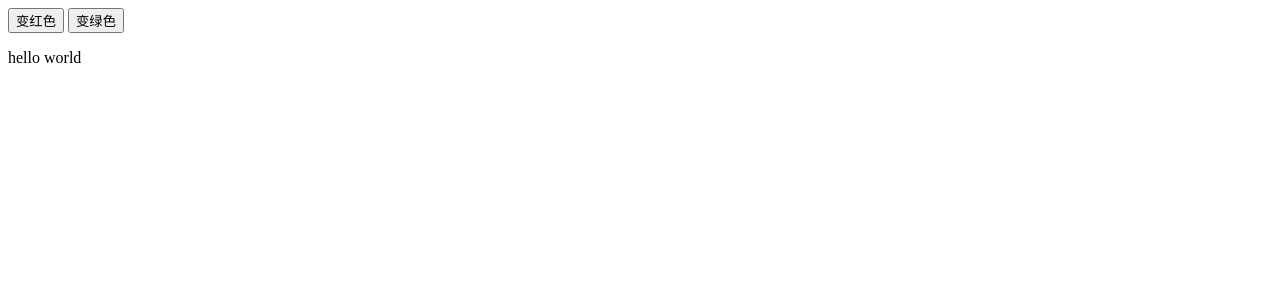
Repository: zhongmoumou/Codes
Page: 测试.html
These files come from the project's save history. The page is drawn as it stood at one moment and after the next save; the edit follows.
The browser window is 1280 px wide. The pictures show the whole page.
After loading, the first visible `#two` was clicked once.

Above is the page before, as saved 2021-12-08 20:49:09.

### 测试.html
<!DOCTYPE html>
<html lang="en">
<head>
  <meta charset="UTF-8">
  <meta http-equiv="X-UA-Compatible" content="IE=edge">
  <meta name="viewport" content="width=device-width, initial-scale=1.0">
  <title>Document</title>
  <script src="测试.js"></script>
</head>
<body>
  <button id="one">变红色</button>
  <button id="two">变绿色</button>
  <p id="ps" style="color: black;">hello world</p>

  <script>
    // 1、获取事件源
    let btn1 = document.getElementById('one');
    let btn2 = document.getElementById('two');
    let p = document.getElementById('ps');

    // 2、确定事件类型、完成事件处理程序
    btn1.onclick = function() {
      p.style = 'color: red;font-size: 40px';
    }
    btn2.onclick = function() {
      p.style = 'color: greenfont-size: 40px';
    }
  </script>
</body>
</html>

Loaded but not shown: 测试.js (no stored copy; drawn as an empty file)

After the next save:
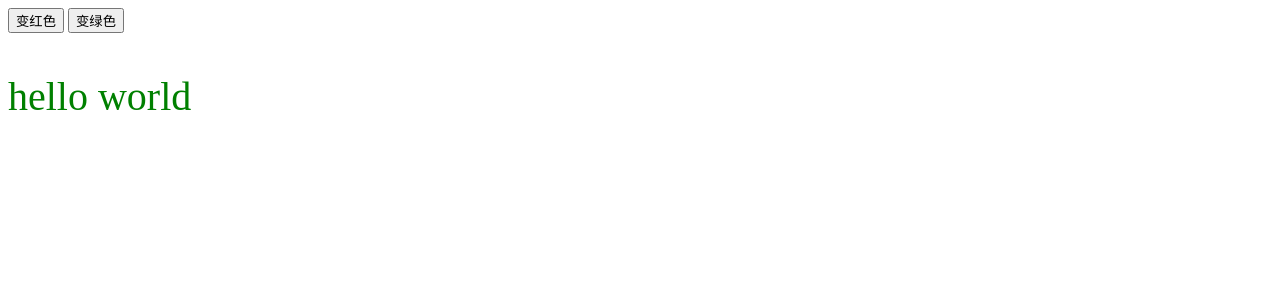
Saved 5 s later.
--- a/测试.html
+++ b/测试.html
@@ -23,7 +23,7 @@
       p.style = 'color: red;font-size: 40px';
     }
     btn2.onclick = function() {
-      p.style = 'color: greenfont-size: 40px';
+      p.style = 'color: green;font-size: 40px';
     }
   </script>
 </body>
